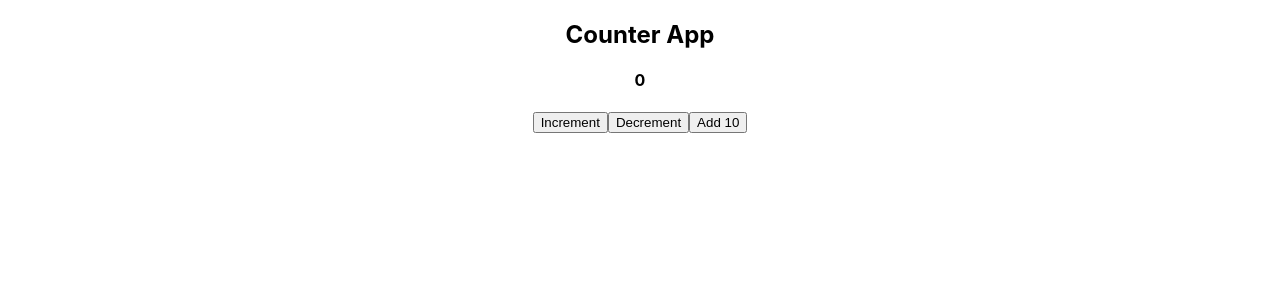
Repository: devogi/React.js-API-practice-
Page: /
An editor plug-in stored every save of this project. The page is shown before and after a run of saves, followed by the edit.
The browser window is 1280 px wide. The pictures show the whole page.
The project was rebuilt for these pictures with package versions that can differ from the ones it lists, and the page was loaded fresh each time.

Above is the page before, as saved 2022-03-30 13:34:25.

### src/App.js
import "./App.css";
import { useSelector } from "react-redux";
import { useDispatch } from "react-redux";
import { actions } from "./store/index";

function App() {
  const counter = useSelector((state) => state.counter);
  const dispatch = useDispatch();

  const increment = () => {
    dispatch(actions.increment());
  };
  const decrement = () => {
    dispatch(actions.decrement());
  };
  const addBy = () => {
    dispatch(actions.addBy(10));
  };
  return (
    <div className="App">
      <h2>Counter App</h2>
      <h4> {counter} </h4>
      <button className="btn" onClick={increment}>
        Increment
      </button>
      <button className="btn" onClick={decrement}>
        Decrement
      </button>
      <button className="btn" onClick={addBy}>
        {" "}
        Add 10{" "}
      </button>
    </div>
  );
}

export default App;

### src/store/index.js
import { configureStore, createSlice } from "@reduxjs/toolkit";

const counterSlice = createSlice({
  name: "counter",
  initialState: { counter: 0 },
  reducers: {
    increment(state, action) {
      state.counter++;
    },
    decrement(state, action) {
      state.counter--;
    },
    addBy(state, action) {
      state.counter += action.payload;
    },
  },
});

export const actions = counterSlice.actions;

const store = configureStore({
  reducer: counterSlice.reducer,
});

export default store;

### src/App.css
.App {
  text-align: center;
}

.btn {
  color:fff
}

.App-logo {
  height: 40vmin;
  pointer-events: none;
}

@media (prefers-reduced-motion: no-preference) {
  .App-logo {
    animation: App-logo-spin infinite 20s linear;
  }
}

.App-header {
  background-color: #282c34;
  min-height: 100vh;
  display: flex;
  flex-direction: column;
  align-items: center;
  justify-content: center;
  font-size: calc(10px + 2vmin);
  color: white;
}

.App-link {
  color: #61dafb;
}

@keyframes App-logo-spin {
  from {
    transform: rotate(0deg);
  }
  to {
    transform: rotate(360deg);
  }
}

Loaded but not shown: public/index.html (common file); src/index.js (common file); src/index.css (common file); src/reportWebVitals.js (common file)

After the next 2 saves:
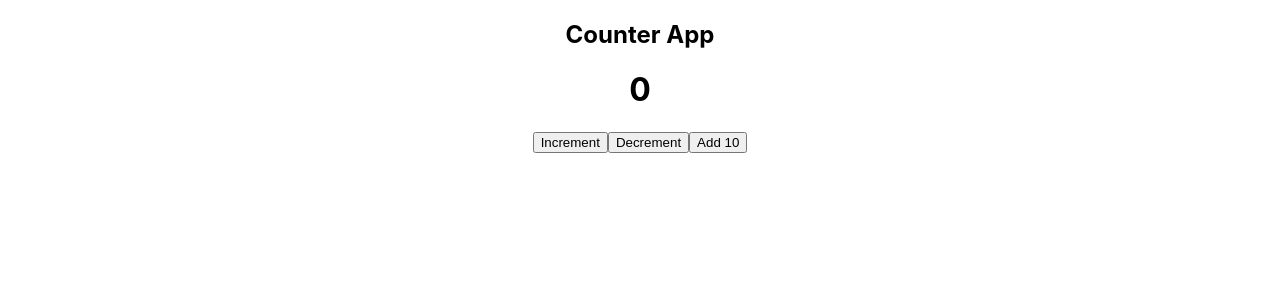
The 2 saves are shown as one change because they came seconds apart.
The last was saved 12 s later.
--- a/src/App.js
+++ b/src/App.js
@@ -19,7 +19,7 @@ function App() {
   return (
     <div className="App">
       <h2>Counter App</h2>
-      <h4> {counter} </h4>
+      <h1> {counter} </h1>
       <button className="btn" onClick={increment}>
         Increment
       </button>
